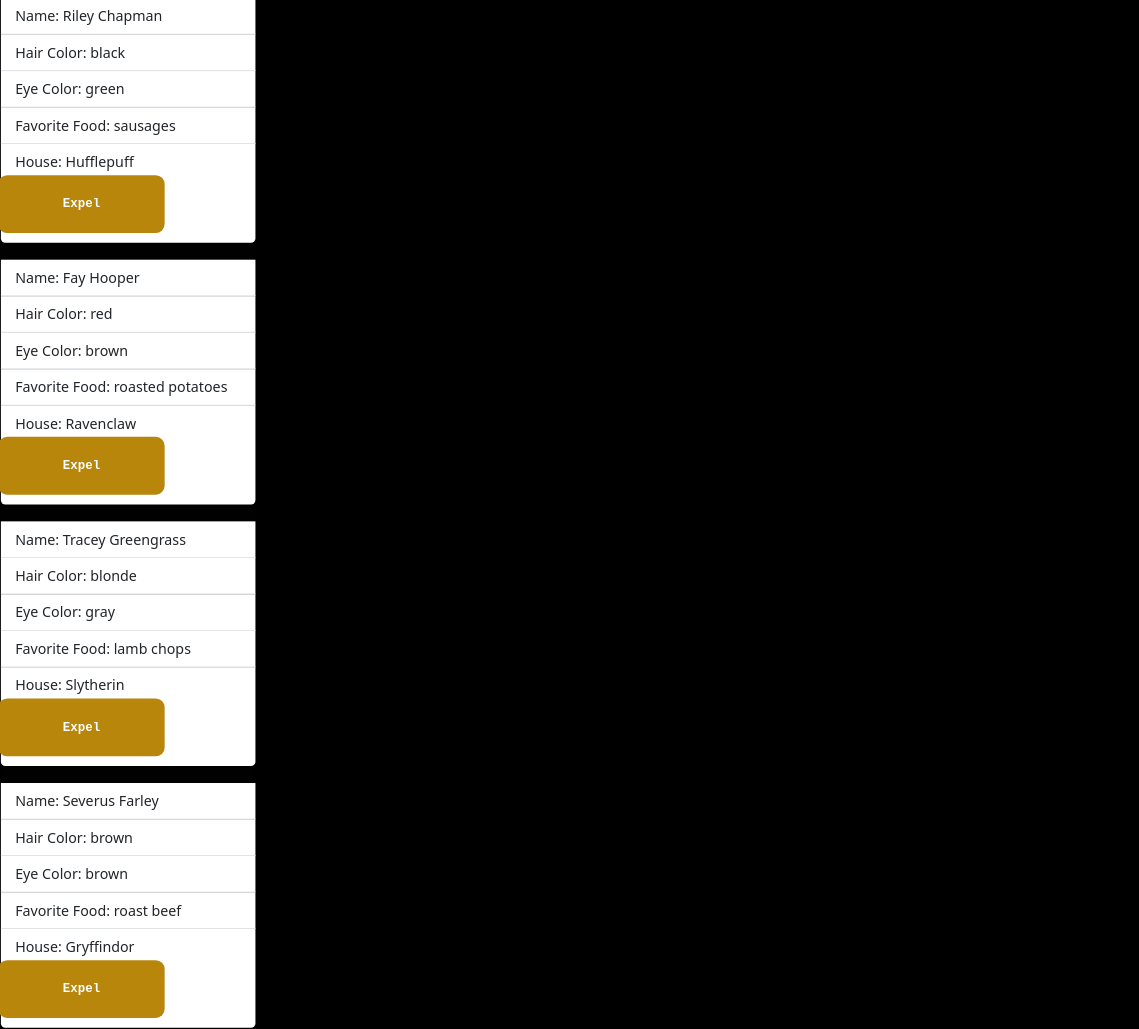
Repository: jontslater/INDIVIDUAL-PROJECT-sorting-hat
Page: index.html
The author's editor kept a copy of each file at every save. The page is drawn from the files as they stood at one save, then again after the next save.
The browser window is 1280 px wide. The pictures show the part of the page from y = 538 to 1694 px (the page is 1694 px tall), at 89% of full size.
A picture or video elsewhere on the page could not be fetched, so the positions and the page height are approximate.

Above is the page before, as saved 2023-10-31 19:04:55.

After the next save:
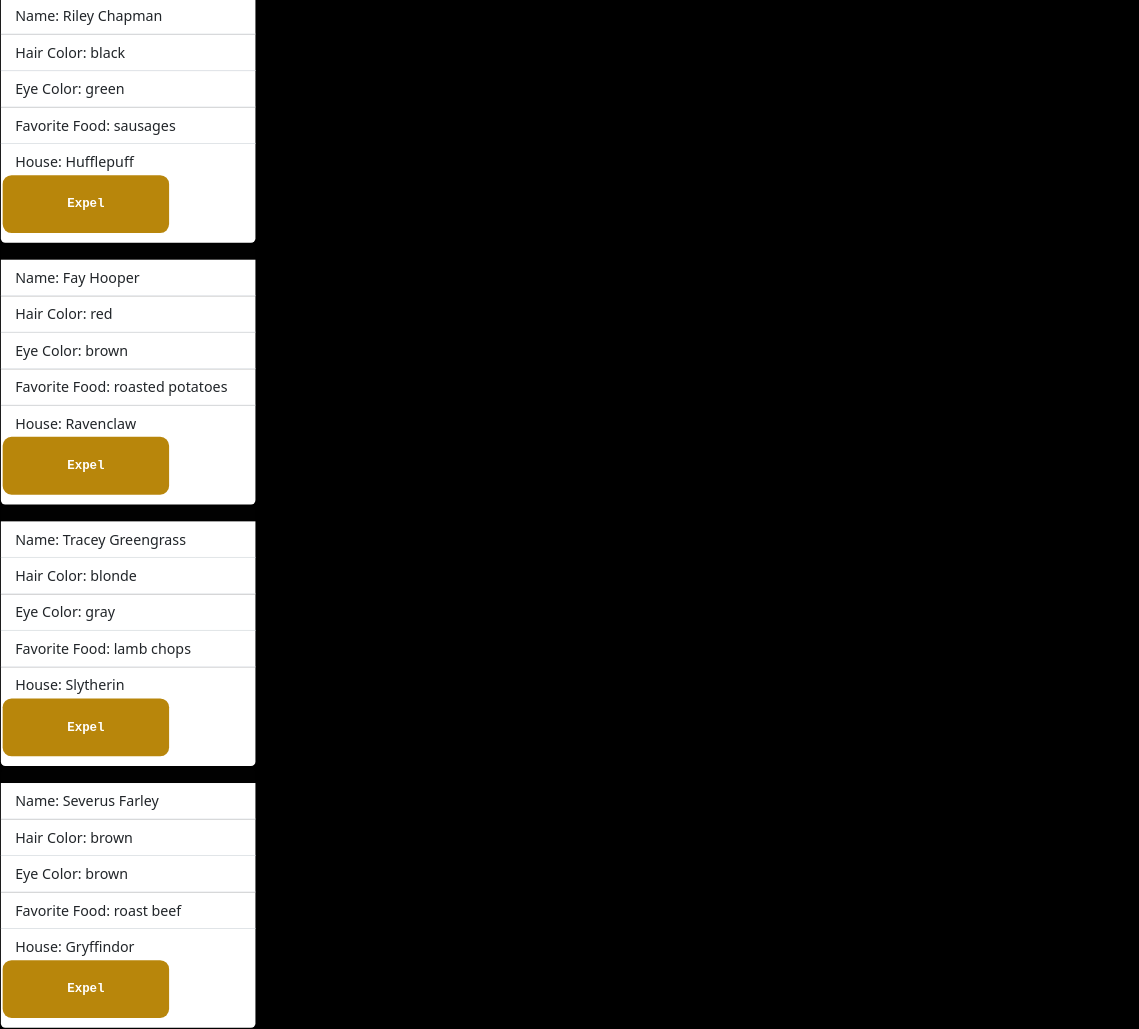
Saved 14 s later.
--- a/main.css
+++ b/main.css
@@ -32,7 +32,7 @@
   margin-left: 121px;
   margin-top: 3px;
   margin-bottom: 3px;
-  right: 140px;
+  right: 135px;
   width: 187px;
   height: 65px;
   border: solid black 0px;
